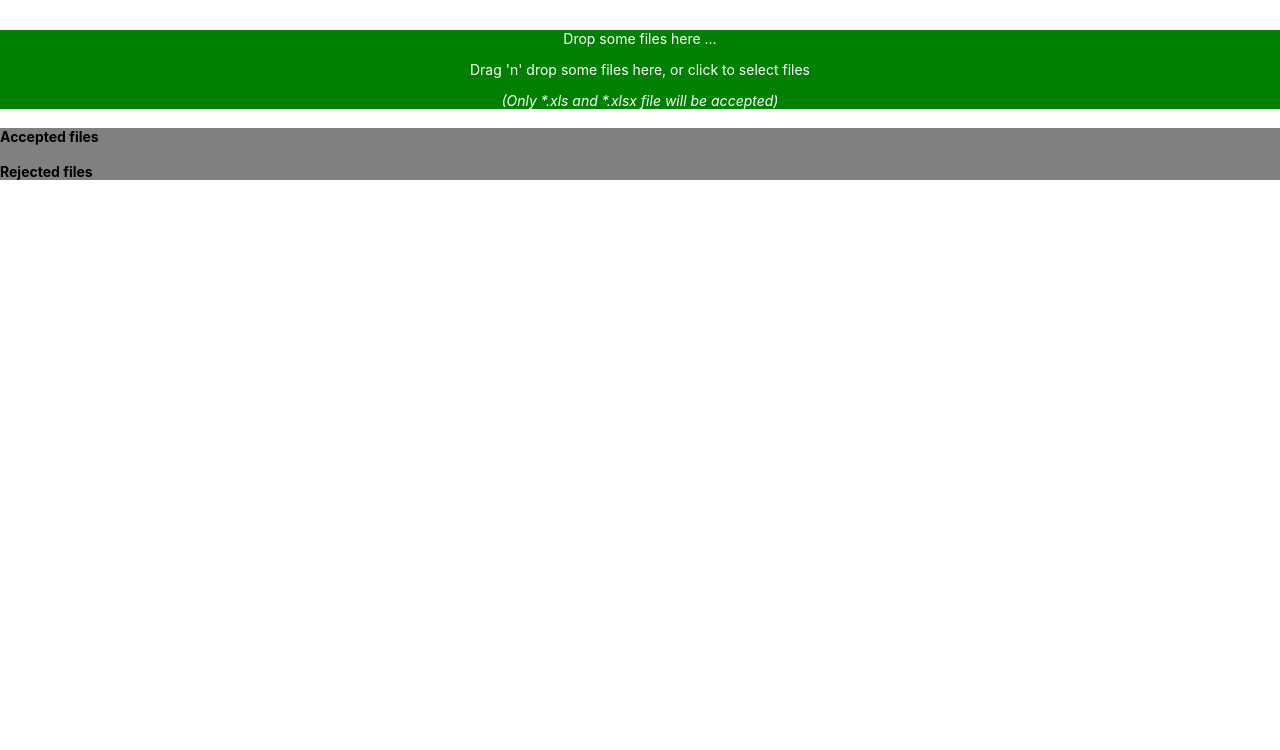
Repository: enigmawxy/abi2020
Page: /
An editor plug-in stored every save of this project. The page is shown before and after the next save, followed by the edit.
The browser window is 1280 px wide. The pictures show the whole page.
The page's requests for data from a server got no answer. The project was rebuilt for these pictures with package versions that can differ from the ones it lists, and the page was loaded fresh each time. No one was signed in, and anything a server would have sent is missing. Also part of the build but not shown: src/components/login/login.scss, src/components/login/login.jsx, src/common/header.scss, src/common/header.jsx, src/common/footer.scss, src/common/footer.jsx, src/components/register/content.scss, src/components/register/content.jsx and 3 more.

Above is the page before, as saved 2020-08-19 10:48:11.

### src/App.js
import React from 'react';
import './App.css';
import Login from './components/login/login'
import Register from './components/register/register';
import Accept from './common/Accept';
import Previews from './common/Previews'

function App() {
  return (
    <div className="App">
      <Accept/>
    </div>
  );
}

export default App;

### src/common/Accept.jsx
import React, { useState, useEffect } from 'react';
import {useDropzone} from 'react-dropzone';
import './Accept.scss'

function Accept(props) {
  const [curr, setFile] = useState('')
  const [currFile, setCurrFile] = useState(null)

  const {
    acceptedFiles,
    fileRejections,
    getRootProps,
    getInputProps,
    isDragActive,
    isDragAccept,
    isDragReject
  } = useDropzone({
    accept: ".csv,application/vnd.ms-excel,application/vnd.openxmlformats-officedocument.spreadsheetml.sheet"
  });

  useEffect(()=>{
    console.log(curr, currFile)
    let serverURL = "http://localhost:9093/manage/bi/uploadExcelTest"
    const xhr = new XMLHttpRequest();
    const fd = new FormData();
    xhr.onreadystatechange = function() {
      if (xhr.readyState === 4 && xhr.status === 200) {
          console.log(xhr.responseText)
      }
    };

    xhr.upload.addEventListener("progress", function(event) {
      if(event.lengthComputable){
          //setProgress(Math.ceil(event.loaded * 100 / event.total) + "%")
      }
    }, false);

    fd.append("file", currFile);
    xhr.open("POST", serverURL, true);
    xhr.send(fd);
  }, [curr])

  const acceptedFileItems = acceptedFiles.map(file => {
    // 上传文件, 下面几行代码是为了解决重复上传的问题，因为拖拽时
    // 这个功能不断被调用，文件都是同一个文件所以使用这两个变量来实现
    // 文件上传的动作在useEffect副作用中执行。
    if(curr == '') {
      setFile(file.name)
      setCurrFile(file)
    }
    else {
      if(curr !== file.name) {
        setFile(file.name)
        setCurrFile(file)
      }
    }

    return (
      <li key={file.path}>
        {file.path} - {file.size} bytes
      </li>
    )
  });

  const fileRejectionItems = fileRejections.map(({ file, errors }) => {
    console.log(file);
    return (
      <li key={file.path}>
        {file.path} - {file.size} bytes
        <ul>
          {errors.map(e => (
            <li key={e.code}>{e.message}</li>
          ))}
        </ul>
      </li>
  )});

  return (
    <section className="container">
      <div {...getRootProps({ className: 'dropzone' })}>
        <input {...getInputProps()} />
        {isDragAccept && (<p>All files will be accepted</p>)}
        {isDragReject && (<p>Some files will be rejected</p>)}
        {!isDragActive && (<p>Drop some files here ...</p>)}
        <p>Drag 'n' drop some files here, or click to select files</p>
        <em>(Only *.xls and *.xlsx file will be accepted)</em>
      </div>
      <aside>
        <h4>Accepted files</h4>
        <ul>{acceptedFileItems}</ul>
        <h4>Rejected files</h4>
        <ul>{fileRejectionItems}</ul>
      </aside>
    </section>
  );
}

export default Accept

### src/common/Accept.scss
.container {
    width: 100%;
    height: 450px;
    margin-top: 30px;
    .dropzone {
        background: green;
        text-align: center;
        p, em {
            color: #fff;
        }
    }
    aside {
        background: gray;
    }
}

.progress-bar {
    border: 1px solid #000;
    .progress {
        width: 0;
        background: #DEDEDE;
        height: 20px;
    }
}

Loaded but not shown: src/index.js (common file); src/index.css (common file); src/serviceWorker.js (common file); src/App.css (common file)

After the next save:
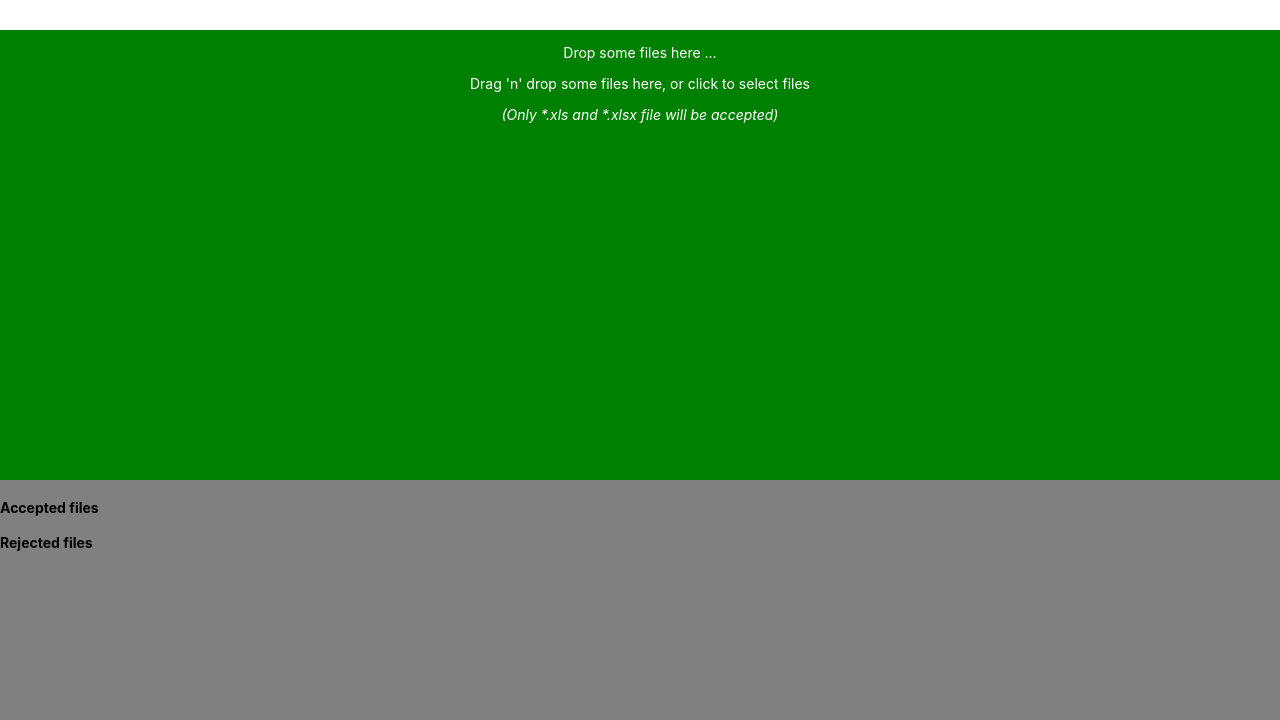
Saved 109 s later.
--- a/src/common/Accept.scss
+++ b/src/common/Accept.scss
@@ -1,8 +1,11 @@
 .container {
     width: 100%;
-    height: 450px;
-    margin-top: 30px;
+    height: 100%;
+    display: flex;
+    flex-direction: column;
     .dropzone {
+        height: 450px;
+        margin-top: 30px;
         background: green;
         text-align: center;
         p, em {
@@ -10,6 +13,7 @@
         }
     }
     aside {
+        flex: 1;
         background: gray;
     }
 }
